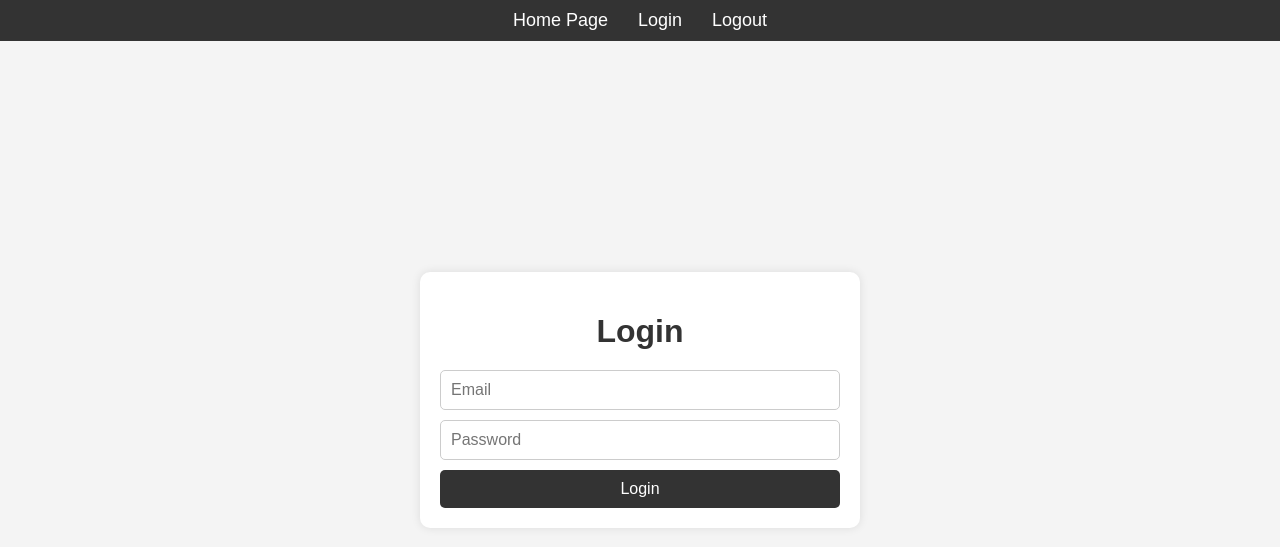
Repository: MostafaMohamed2001/Auth2
Page: http://localhost/auth/login
An editor plug-in stored every save of this project. The page is shown before and after the next save, followed by the edit.
The browser window is 1280 px wide. The pictures show the whole page.
The page is served by the project's Node server (index.js).

Above is the page before, as saved 2024-07-07 00:52:07.

After the next save:
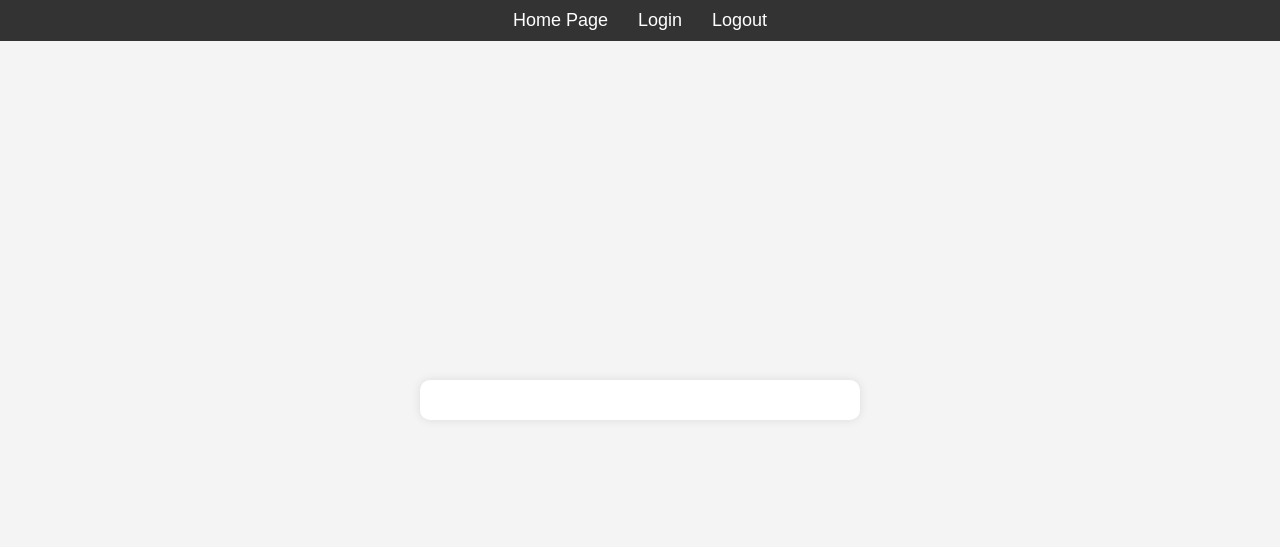
Saved 7 s later.
--- a/views/login.ejs
+++ b/views/login.ejs
@@ -103,12 +103,7 @@
   </nav>
 
   <main>
-    <h1>Login</h1>
-    <form action="/login" method="POST">
-      <input type="email" name="email" placeholder="Email" required>
-      <input type="password" name="password" placeholder="Password" required>
-      <input type="submit" value="Login">
-    </form>
+
   </main>
 </body>
 </html>
